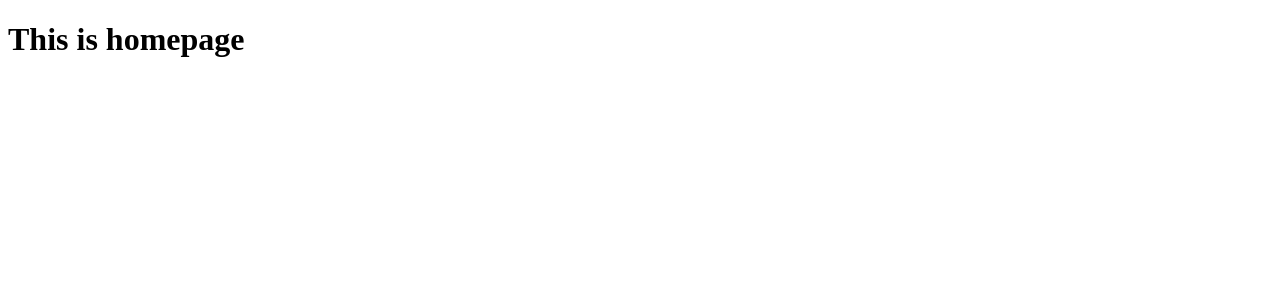
Repository: gkalivar/Java-projects
Page: http://localhost/7_Basic_Application_using_MVC/
An editor plug-in stored every save of this project. The page is shown before and after the next save, followed by the edit.
The browser window is 1280 px wide. The pictures show the whole page.
The page is served by Tomcat 10.

Above is the page before, as saved 2022-07-07 06:45:17.

After the next save:
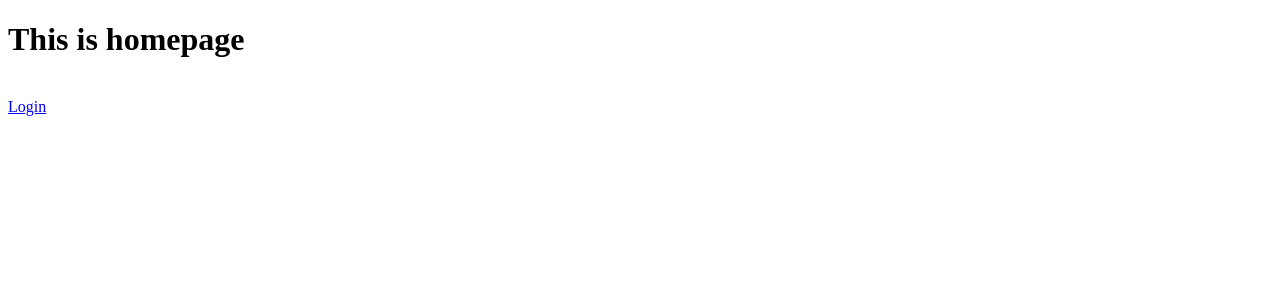
Saved 6 min 27 s later.
--- a/7_Basic_Application_using_MVC/src/main/webapp/index.jsp
+++ b/7_Basic_Application_using_MVC/src/main/webapp/index.jsp
@@ -8,5 +8,9 @@
 </head>
 <body>
 <h1>This is homepage</h1>
+
+<br>
+<a href ="<%= request.getContextPath() %>/Controller?page=login">Login</a>
+
 </body>
 </html>
